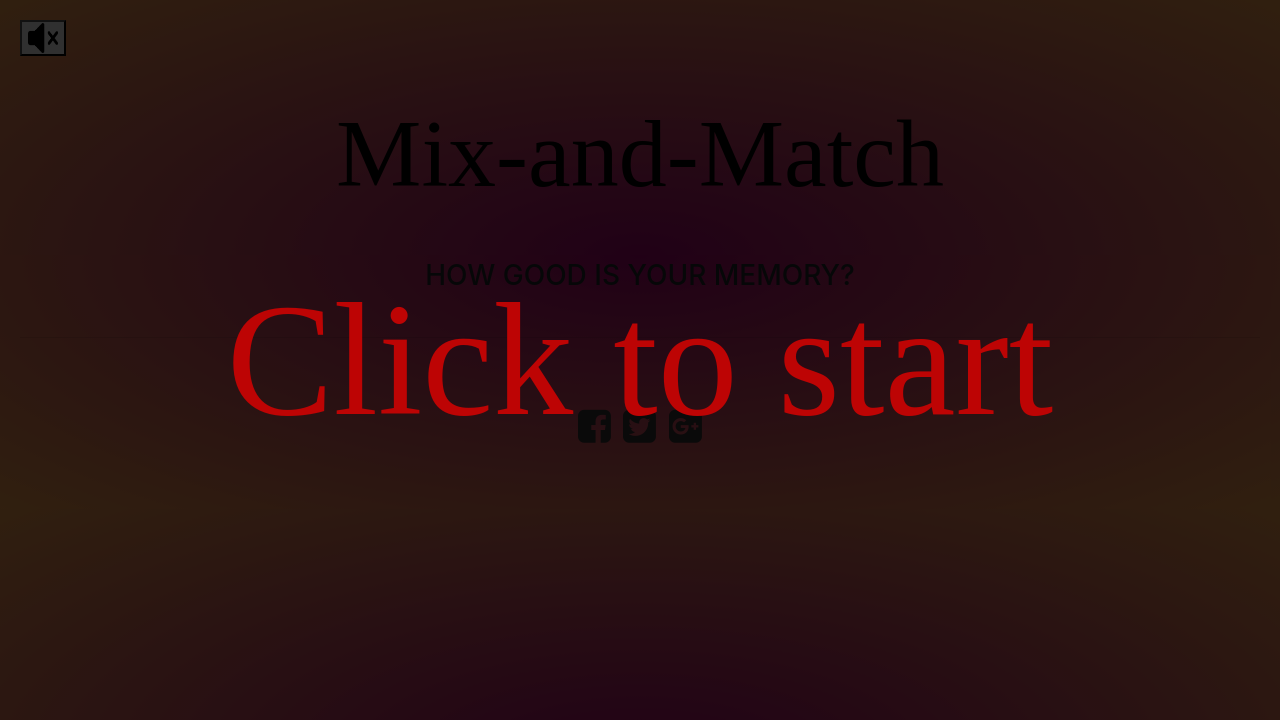
Repository: ayaanh221/memory-gam
Page: hard.html
The author's editor kept a record of every edit. The page is drawn from the files as they stood at one moment, then again after the next edit.
The browser window is 1280 px wide. The pictures show the whole page.
Some web libraries are served in a nearby version.

Above is the page before.

After the next edit:
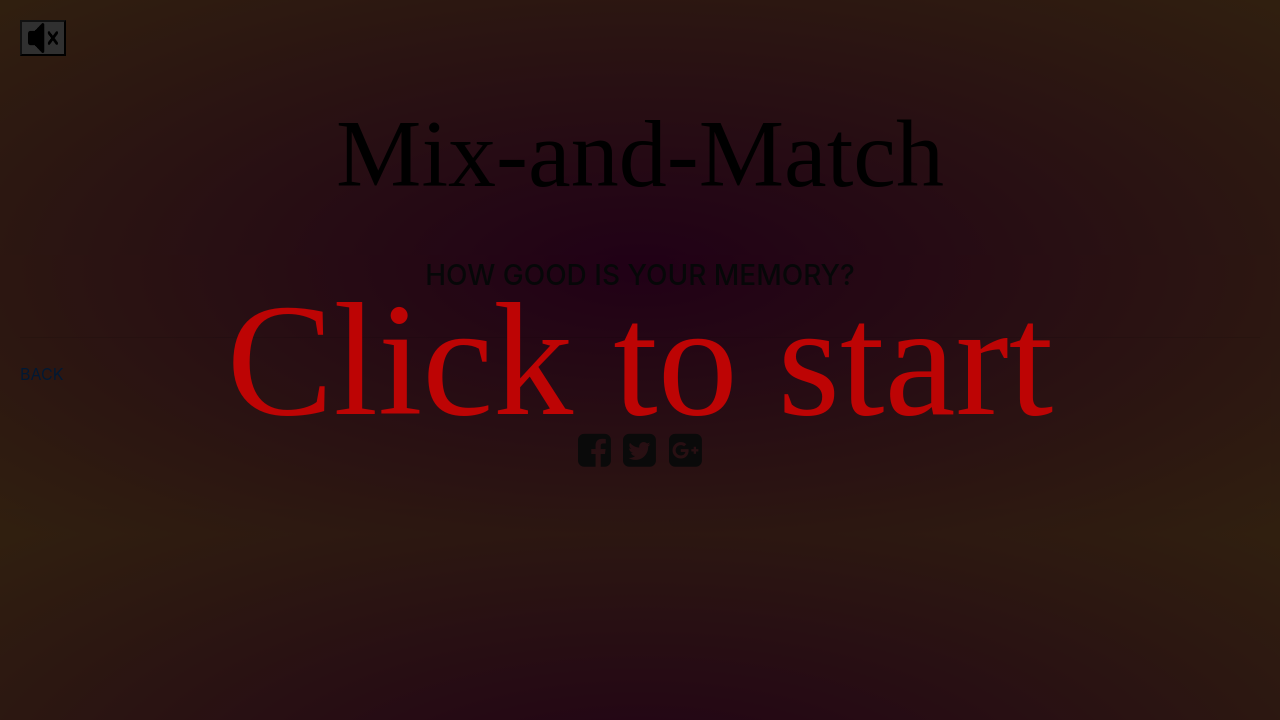
The edit:
--- a/hard.html
+++ b/hard.html
@@ -57,7 +57,9 @@
 
  <span class="overlay-text-small" > <a href="index.html">main menu</span></a>
  </div>
-
+ <div id="back">
+ <a href="index.html">BACK</a>
+</div>
 
   <div id="hard">
  <div class="overlay-text ">
